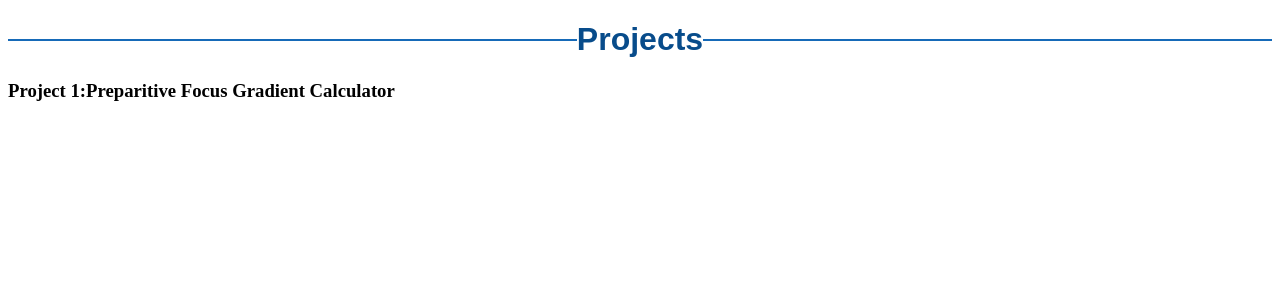
Repository: zackaroo20/zackaroo20
Page: pages/projects.html
An editor plug-in stored every save of this project. The page is shown before and after the next save, followed by the edit.
The browser window is 1280 px wide. The pictures show the whole page.

Above is the page before, as saved 2026-05-14 15:39:51.

### pages/projects.html
<!DOCTYPE html>
<html lang="en">
<head>
    <meta charset="UTF-8">
    <meta name="viewport" content="width=device-width, initial-scale=1.0">
    <title>Document</title>
    <link rel="stylesheet" href="/styles/pages.css"/>
</head>
<Header>

    <style>
        h1 {
            display: flex;
            flex-direction: row;
        }

        h1:before,
        h1:after {
            content: "";
            flex: 1 1;
            border-bottom: 2px solid #166ab8;
            margin: auto;
        }

        img {
            height: 100px;
            width: 100px;
            border-radius: 50%;
        }
        /* https://www.geeksforgeeks.org/css/how-to-make-horizontal-line-with-words-in-the-middle-using-css/ */
    </style>

</Header>
<body>
    <h1>Projects</h1>
<h3>Project 1:Preparitive Focus Gradient Calculator</h3>
</body>
</html>

### styles/pages.css
h1{
    display: flex;
    justify-content: center;
    font-family: Arial, Helvetica, sans-serif;
    color: #084c8b;

}
/* .divider {
  border: 0;
  height: 4px;
  background-color: #1f4e79;
  width: 100%;
  margin-top: 12px;
} */

After the next save:
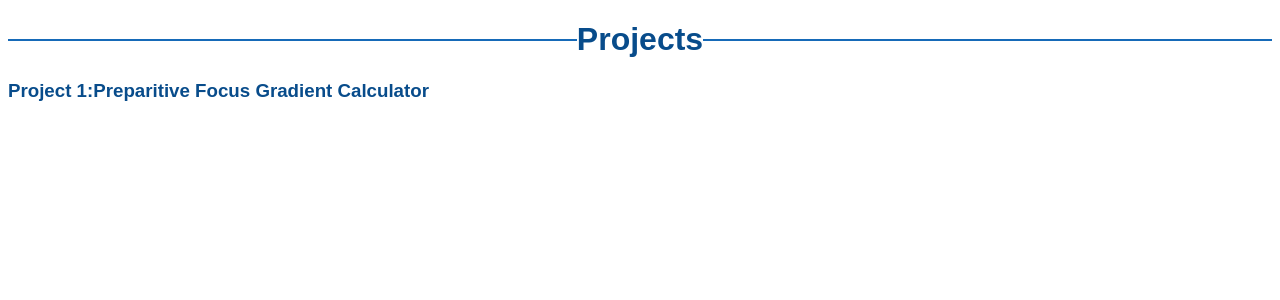
Saved 46 s later.
--- a/styles/pages.css
+++ b/styles/pages.css
@@ -5,10 +5,9 @@ h1{
     color: #084c8b;
 
 }
-/* .divider {
-  border: 0;
-  height: 4px;
-  background-color: #1f4e79;
-  width: 100%;
-  margin-top: 12px;
-} */
+
+h3{
+
+    font-family: Arial, Helvetica, sans-serif;
+    color: #084c8b;
+}
